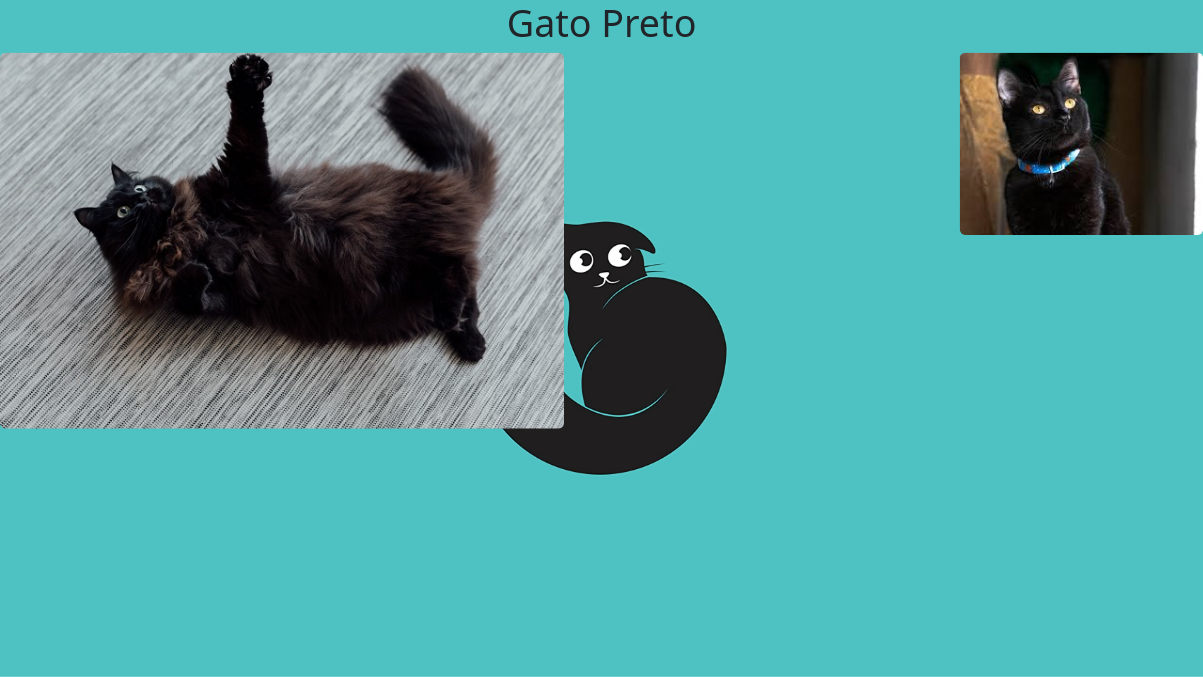
Repository: SktYzu/gatitu
Page: index.html
These files come from the project's save history. The page is drawn as it stood at one moment and after the next save; the edit follows.
The browser window is 1280 px wide. The pictures show the whole page, at 94% of full size.

Above is the page before, as saved 2023-11-27 15:24:39.

### index.html
<!DOCTYPE html>
<html lang="pt-BR">

<head>
    <meta charset="UTF-8">
    <meta name="viewport" content="width=device-width, initial-scale=1.0">
    <link rel="stylesheet" href="https://cdn.jsdelivr.net/npm/bootstrap@5.3.2/dist/css/bootstrap.min.css">
    <script src="https://cdn.jsdelivr.net/npm/bootstrap@5.3.2/dist/js/bootstrap.bundle.min.js"
        integrity="sha384-C6RzsynM9kWDrMNeT87bh95OGNyZPhcTNXj1NW7RuBCsyN/o0jlpcV8Qyq46cDfL"
        crossorigin="anonymous"></script>
    <title>Teste</title>
    <style>
        body {
            background-image: url('cat.jpg');
            background-size: cover;
        }
    </style>
</head>

<body>

    <h1 class="container text-center">Gato Preto</h1>
    <img src="1.jpg" class="rounded float-start" alt="...">
    <img src="2.jpg" class="rounded float-end" alt="...">

</body>

</html>

After the next save:
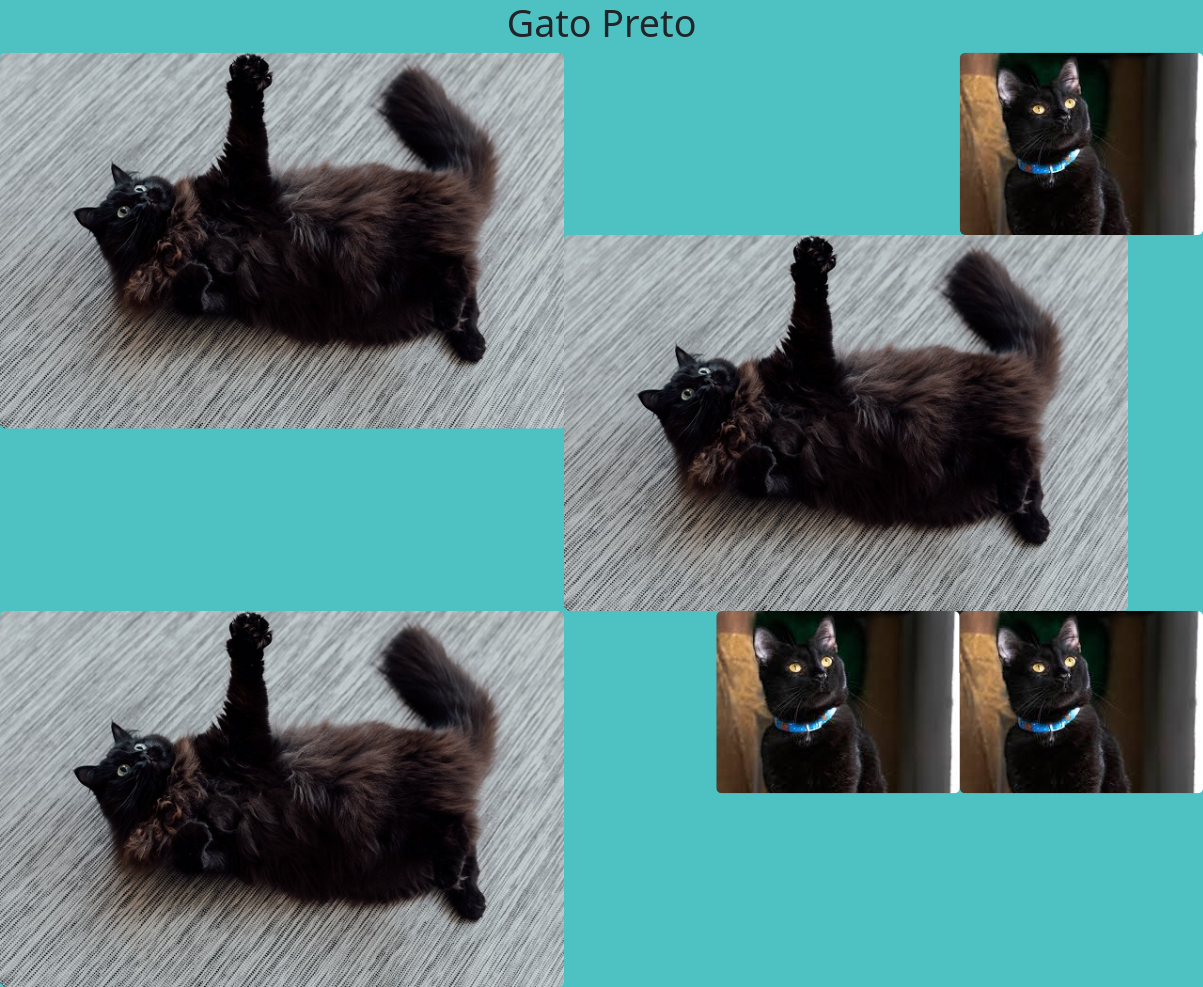
Saved 21 s later.
--- a/index.html
+++ b/index.html
@@ -22,6 +22,10 @@
     <h1 class="container text-center">Gato Preto</h1>
     <img src="1.jpg" class="rounded float-start" alt="...">
     <img src="2.jpg" class="rounded float-end" alt="...">
+    <img src="1.jpg" class="rounded float-start" alt="...">
+    <img src="2.jpg" class="rounded float-end" alt="...">
+    <img src="1.jpg" class="rounded float-start" alt="...">
+    <img src="2.jpg" class="rounded float-end" alt="...">
 
 </body>
 
